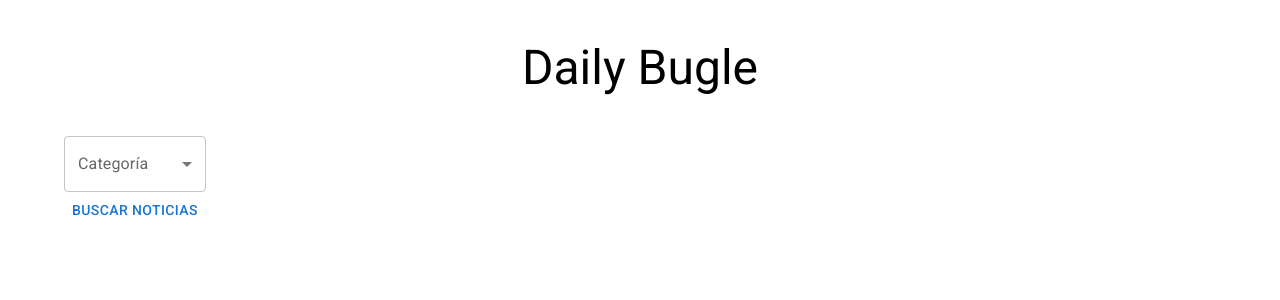
Repository: CarlosCamposRodriguez99/noticiasApp
Page: /
An editor plug-in stored every save of this project. The page is shown before and after the next save, followed by the edit.
The browser window is 1280 px wide. The pictures show the whole page.
Some web fonts or font styles are not loaded; a fallback is used. The project was rebuilt for these pictures with package versions that can differ from the ones it lists, and the page was loaded fresh each time. Also part of the build but not shown: vite.config.js.

Above is the page before, as saved 2022-06-07 19:37:51.

After the next save:
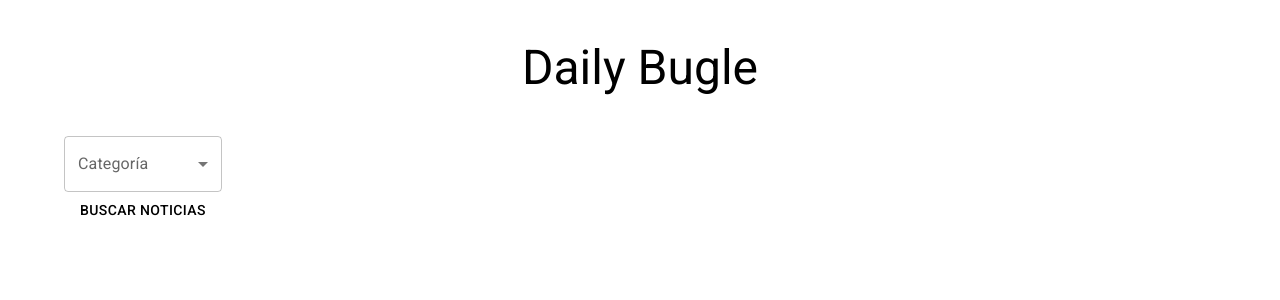
Saved 35 s later.
--- a/src/components/Formulario.jsx
+++ b/src/components/Formulario.jsx
@@ -29,7 +29,10 @@
 
         </Select>
 
-        <Button>
+        <Button
+          fullWidth
+          variant
+        >
           Buscar Noticias
         </Button>
       </FormControl>
